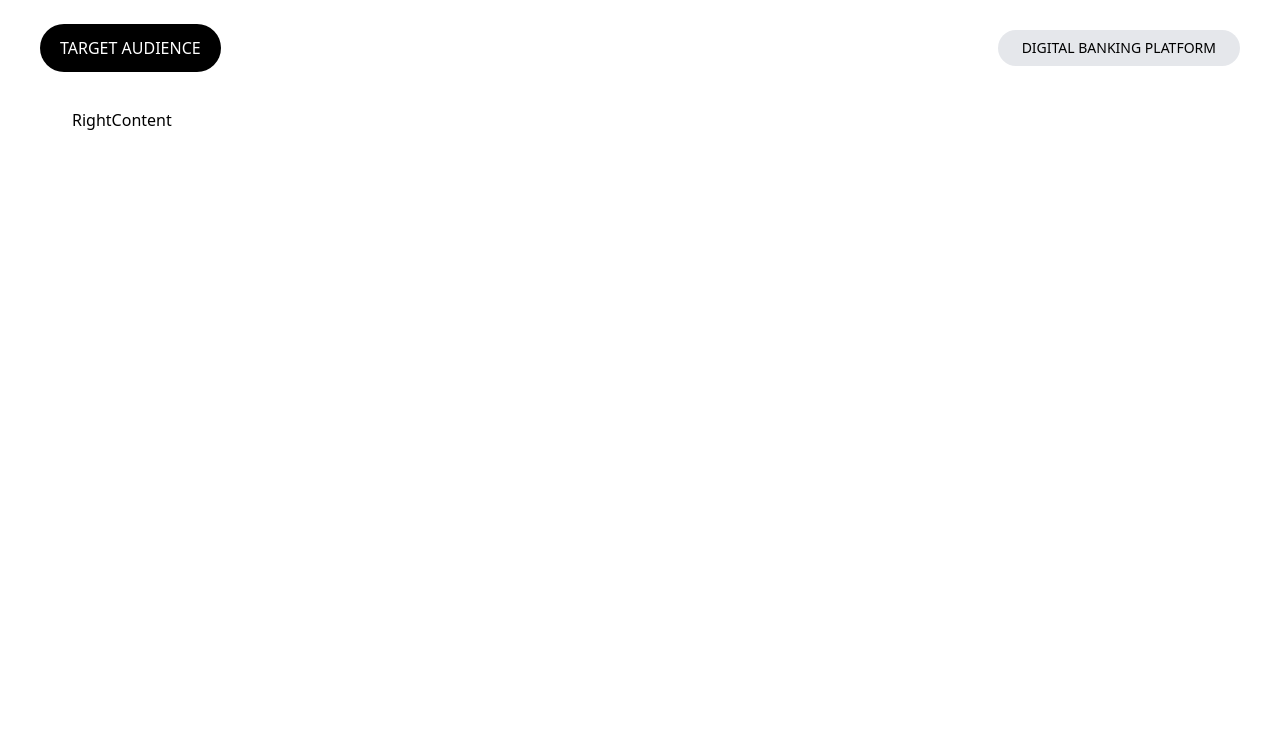
Repository: Mohitkumar1322/ReactTut
Page: / (app in projectSher1/)
These files come from the project's save history. The page is drawn as it stood at one moment and after the next save; the edit follows.
The browser window is 1280 px wide. The pictures show the whole page.
The project was rebuilt for these pictures with package versions that can differ from the ones it lists, and the page was loaded fresh each time. Also part of the build but not shown: projectSher1/vite.config.js.

Above is the page before, as saved 2025-11-16 13:54:23.

After the next save:
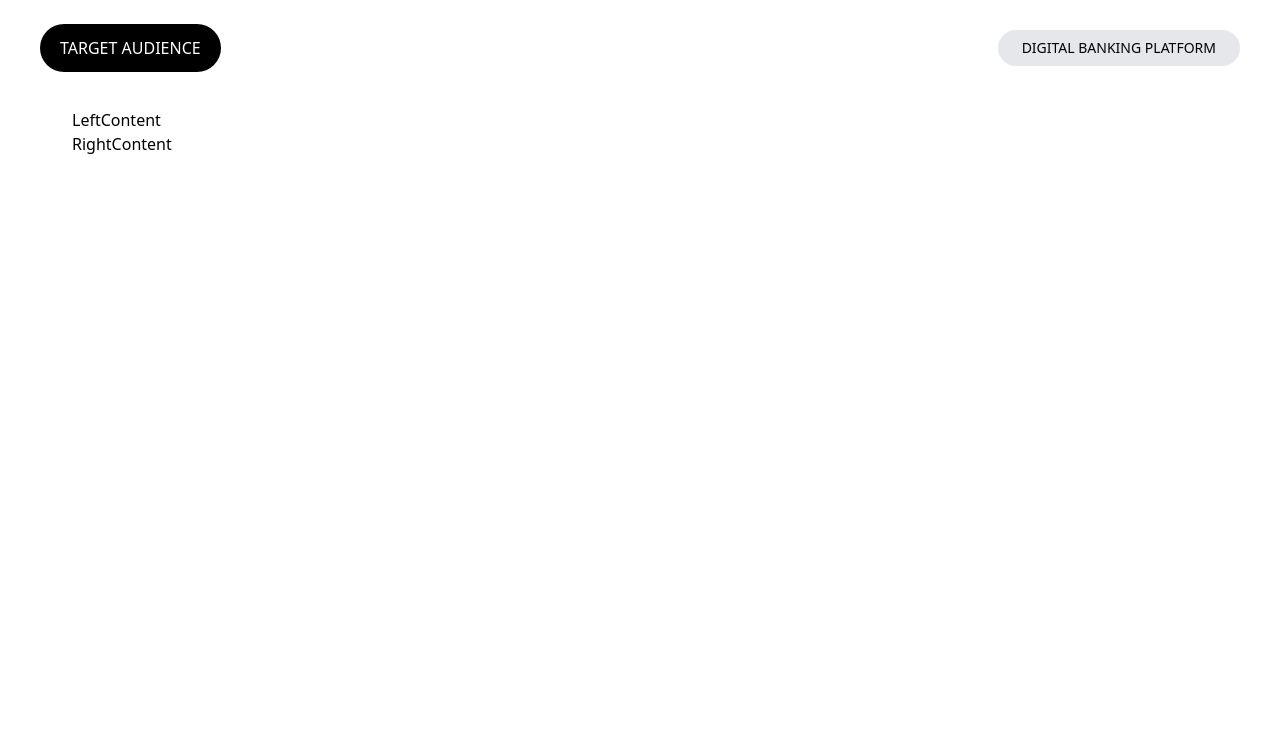
Saved 6 s later.
--- a/projectSher1/src/components/Section1/LeftContent.jsx
+++ b/projectSher1/src/components/Section1/LeftContent.jsx
@@ -3,7 +3,7 @@ import React from 'react'
 const LeftContent = () => {
   return (
     <div>
-
+      LeftContent
     </div>
   )
 }
